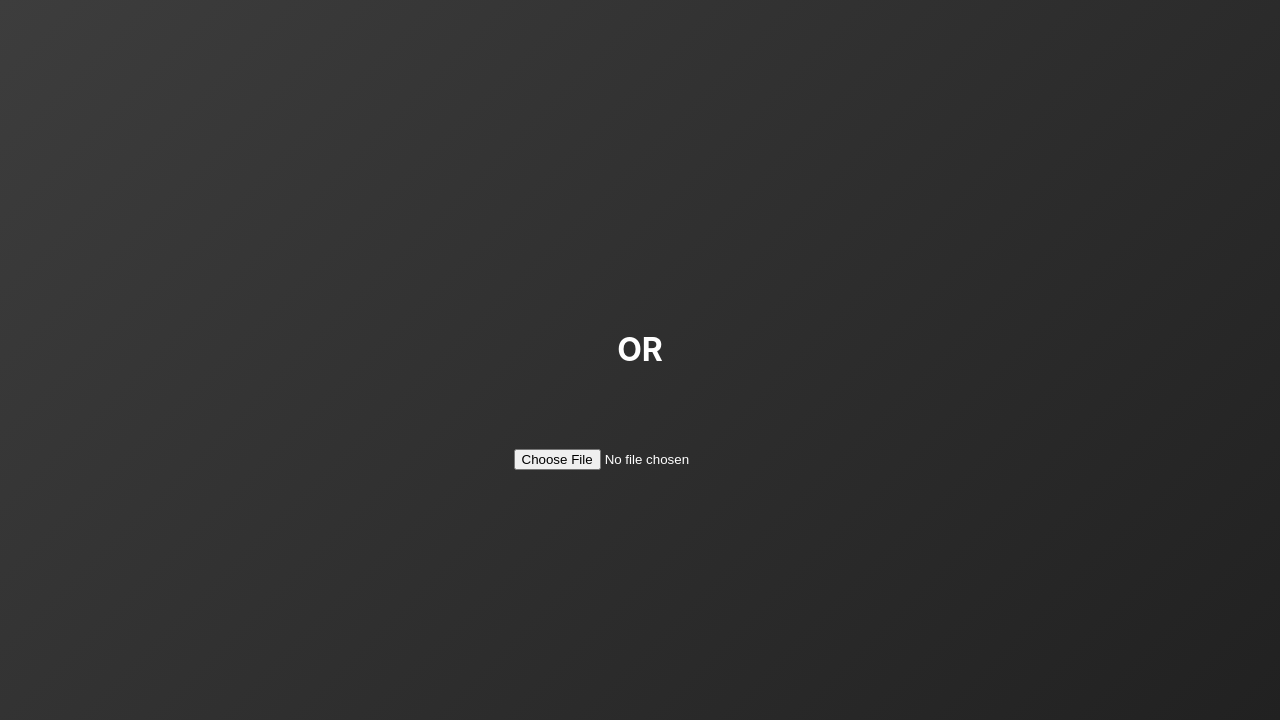
Repository: RXBVK/rt-map
Page: /
The author's editor kept a copy of each file at every save. The page is drawn from the files as they stood at one save, then again after the next save.
The browser window is 1280 px wide. The pictures show the whole page.
The project was rebuilt for these pictures with package versions that can differ from the ones it lists, and the page was loaded fresh each time.

Above is the page before, as saved 2021-07-21 13:17:25.

### src/styles/index.css
* {
  margin: 0;
}
body {
  font-family: -apple-system, BlinkMacSystemFont, "Roboto", sans-serif;
  -webkit-font-smoothing: antialiased;
  -moz-osx-font-smoothing: grayscale;
  color: white;
}

code {
  font-family: source-code-pro, Menlo, Monaco, Consolas, "Courier New",
    monospace;
}

### src/App.js
import CsvUploader from "./components/CsvUploader/CsvUploader";
import "./styles/app.css";

function App() {
  return (
    <div className="main__container">
      <CsvUploader />
    </div>
  );
}

export default App;

### src/components/CsvUploader/CsvUploader.js
import React from "react";
import "./styles/csv-uploader.css";

export default function CsvUploader() {
  return (
    <div className="csv-uploader__container">
      <div className="dropzone"></div>
      <h1>OR</h1>
      <input type="file" />
    </div>
  );
}

### src/styles/app.css
.main__container {
  min-height: 100vh;
  width: 100%;
  background: linear-gradient(135deg, #3d3d3d, #212121);
  display: -webkit-box;
  display: -ms-flexbox;
  display: flex;
  -webkit-box-orient: vertical;
  -webkit-box-direction: normal;
      -ms-flex-direction: column;
          flex-direction: column;
  -webkit-box-align: center;
      -ms-flex-align: center;
          align-items: center;
  text-align: center;
  -webkit-box-pack: center;
      -ms-flex-pack: center;
          justify-content: center;
}

.main__container > * {
  -webkit-animation: fadein 800ms;
          animation: fadein 800ms;
}

.button--primary {
  cursor: pointer;
  width: 200px;
  height: 45px;
  background-color: bisque;
  color: black;
  border-radius: 8px;
  font-weight: 700;
  font-size: 16px;
  -webkit-transition: all 200ms ease-out;
  transition: all 200ms ease-out;
}

.button--primary:hover {
  -webkit-filter: brightness(0.8);
          filter: brightness(0.8);
}

@-webkit-keyframes fadein {
  0% {
    opacity: 0;
  }
  100% {
    opacity: 1;
  }
}

@keyframes fadein {
  0% {
    opacity: 0;
  }
  100% {
    opacity: 1;
  }
}
/*# sourceMappingURL=app.css.map */

### src/components/CsvUploader/styles/csv-uploader.css
.csv-uploader__container {
  display: -webkit-box;
  display: -ms-flexbox;
  display: flex;
  -webkit-box-orient: vertical;
  -webkit-box-direction: normal;
      -ms-flex-direction: column;
          flex-direction: column;
  -webkit-box-align: center;
      -ms-flex-align: center;
          align-items: center;
  -webkit-box-pack: center;
      -ms-flex-pack: center;
          justify-content: center;
}

.csv-uploader__container > * {
  margin: 40px 0;
}

.csv-uploader__container .csv-uploader__dropzone {
  cursor: pointer;
  -webkit-box-align: center;
      -ms-flex-align: center;
          align-items: center;
  -webkit-box-pack: center;
      -ms-flex-pack: center;
          justify-content: center;
  width: 500px;
  height: 300px;
  border: 5px dashed bisque;
  font-size: 28px;
  background-color: #222222;
}

.csv-uploader__container .csv-uploader__label {
  display: -webkit-box;
  display: -ms-flexbox;
  display: flex;
  -webkit-box-align: center;
      -ms-flex-align: center;
          align-items: center;
  -webkit-box-pack: center;
      -ms-flex-pack: center;
          justify-content: center;
  margin-left: auto;
  margin-right: auto;
}

.csv-uploader__container #csv-uploader__input {
  opacity: 0;
  position: absolute;
}

@media (max-width: 600px) {
  .csv-uploader__or,
  .csv-uploader__dropzone {
    display: none;
  }
}

@media (min-width: 601px) {
  .csv-uploader__or {
    display: block;
  }
  .csv-uploader__dropzone {
    display: -webkit-box;
    display: -ms-flexbox;
    display: flex;
  }
}
/*# sourceMappingURL=csv-uploader.css.map */

Loaded but not shown: public/index.html (common file); src/index.js (common file); src/reportWebVitals.js (common file)

After the next save:
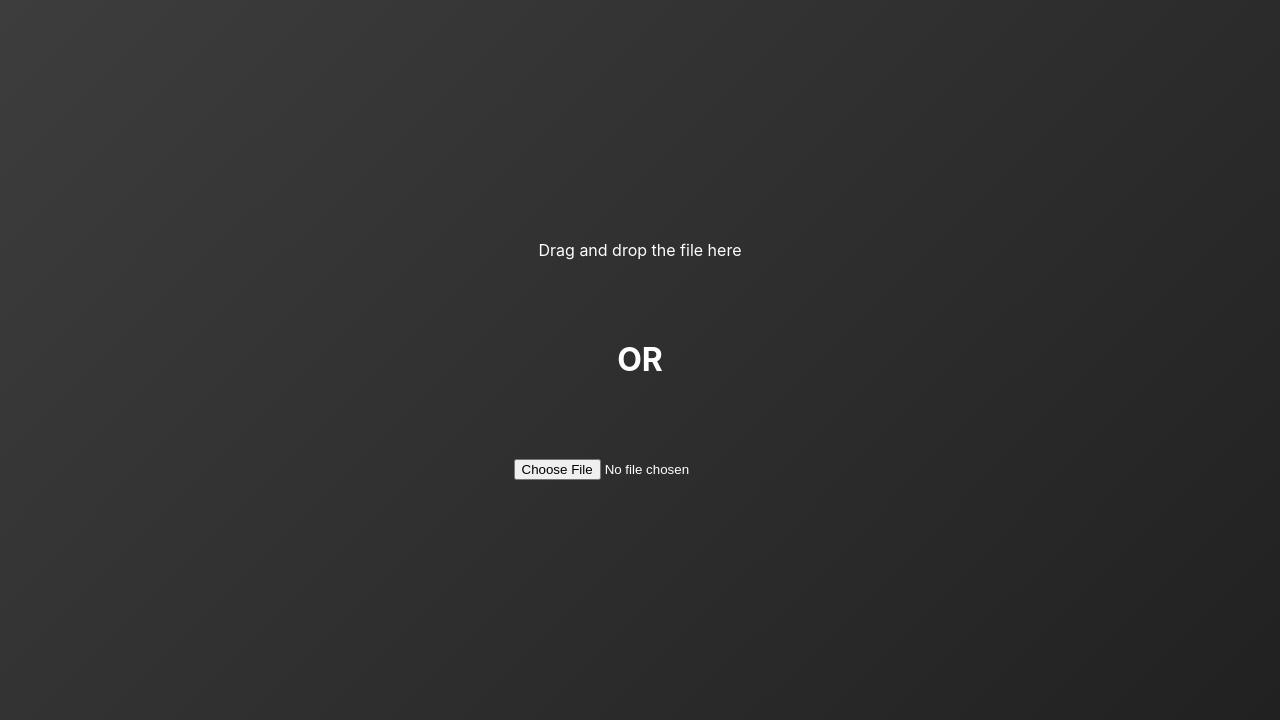
Saved 68 s later.
--- a/src/components/CsvUploader/CsvUploader.js
+++ b/src/components/CsvUploader/CsvUploader.js
@@ -4,7 +4,7 @@ import "./styles/csv-uploader.css";
 export default function CsvUploader() {
   return (
     <div className="csv-uploader__container">
-      <div className="dropzone"></div>
+      <div className="dropzone">Drag and drop the file here</div>
       <h1>OR</h1>
       <input type="file" />
     </div>
